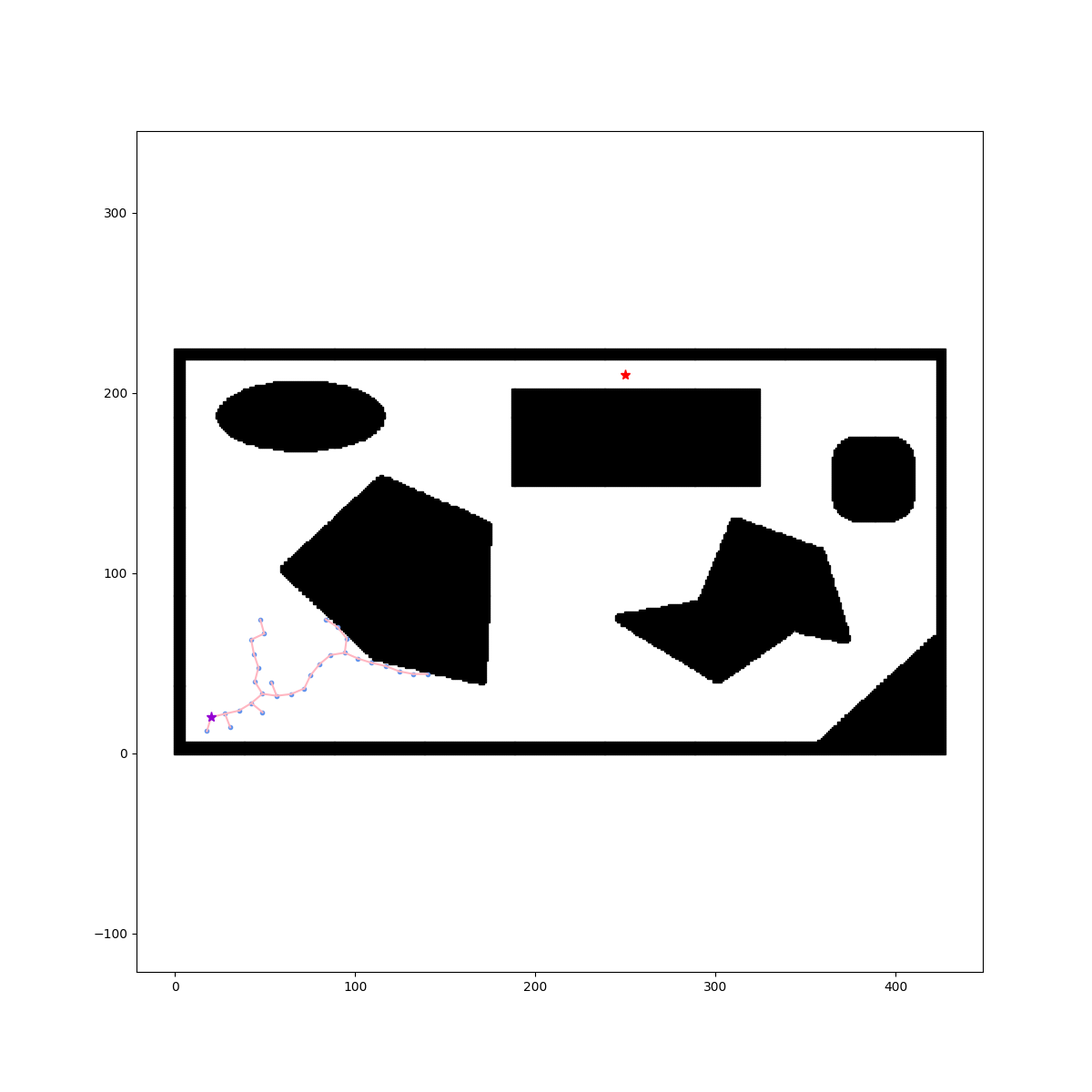
Repository: BaoL067/Pnc-Learning
Script's output: python sampling_based_planner/rrt_star.py
These files come from the project's save history. The script's output is drawn as it stood at one moment and after the next save; the edit follows.
The pictures are shown at 91% of full size.
Animations are shown at an early frame. Random numbers start from a fixed seed. It also reads sampling_based_planner/maps/map3.png.

Above is the script's output before, as saved 2024-10-06 15:34:07.

After the next save:
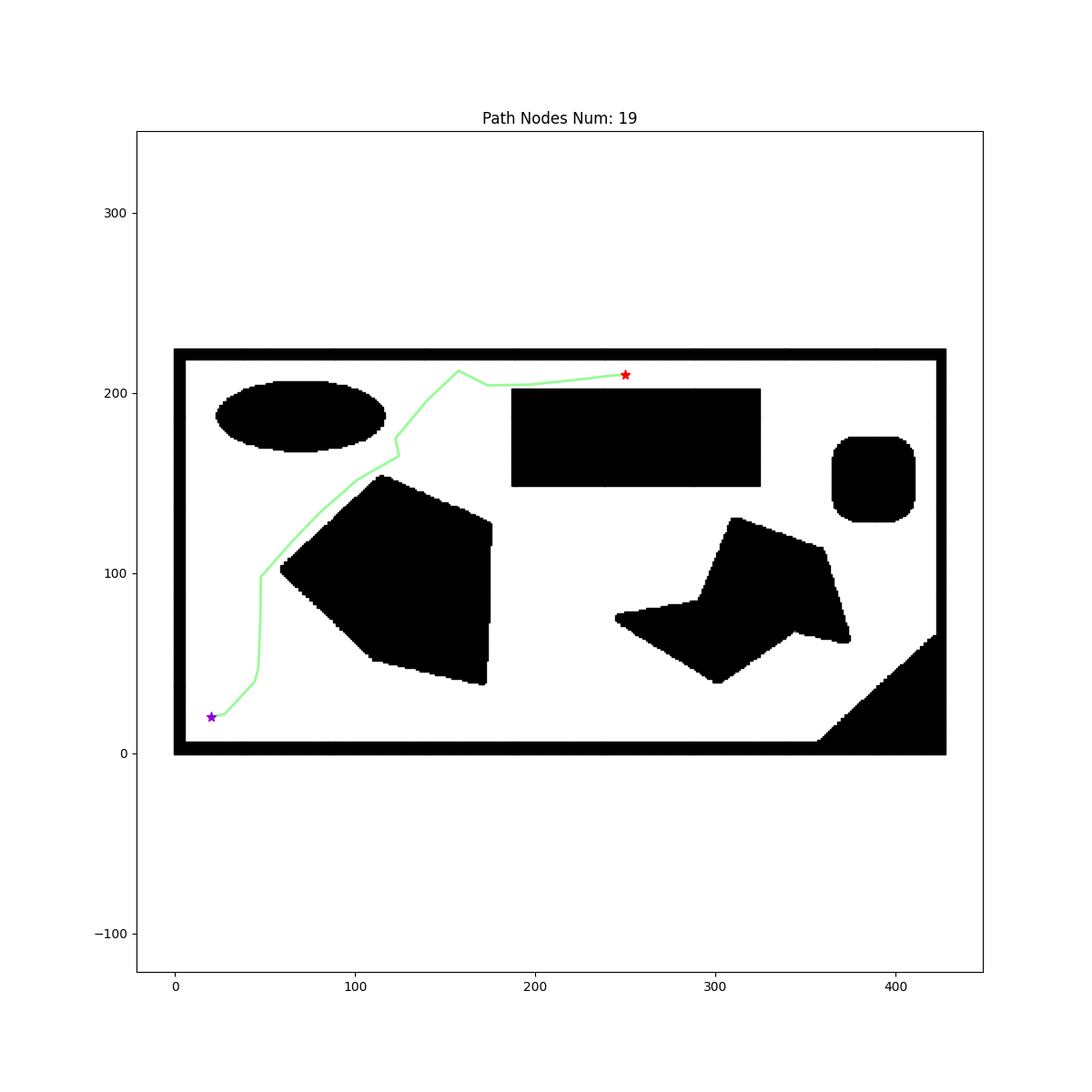
Saved 7 min 58 s later.
--- a/sampling_based_planner/rrt_star.py
+++ b/sampling_based_planner/rrt_star.py
@@ -84,7 +84,7 @@ class RRTStar:
             if self.check_collision_with_obs_map(new_node, self.obstacle_map):
                 # RRT implementation
                 self.node_list.append(new_node)
-                self.draw_node_and_edge(new_node)
+
                 # RRT* implementation
                 # TODO: 4. find nodes near the new_node, and choose the parent which maintains a minimum-cost from the start node
                 near_nodes = [node for node in self.node_list if math.hypot(node.x - new_node.x, node.y - new_node.y) <= self.near_nodes_dist_threshold]
